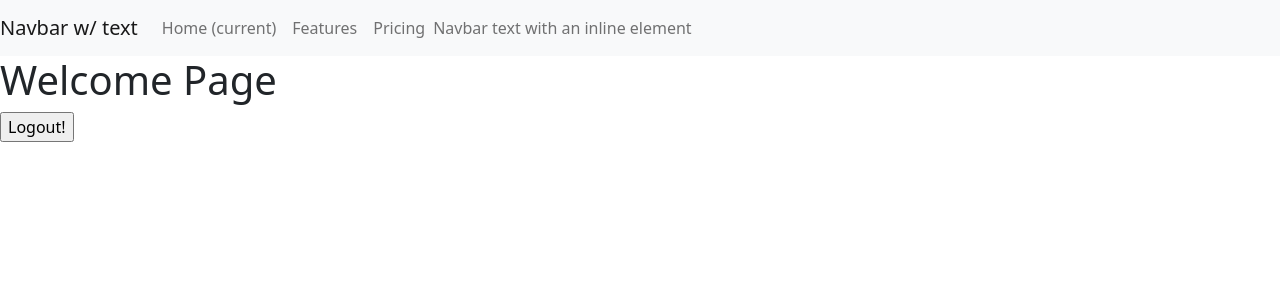
Repository: Norgalador/DuiHuaApp
Page: http://localhost/DuiHua/WEB-INF/homePage.jsp
An editor plug-in stored every save of this project. The page is shown before and after the next save, followed by the edit.
The browser window is 1280 px wide. The pictures show the whole page.
The page is served by Tomcat 9. Nobody is signed in. The template is opened directly, without the code that normally fills it, so the values that code supplies are empty.

Above is the page before, as saved 2022-08-15 04:11:01.

After the next save:
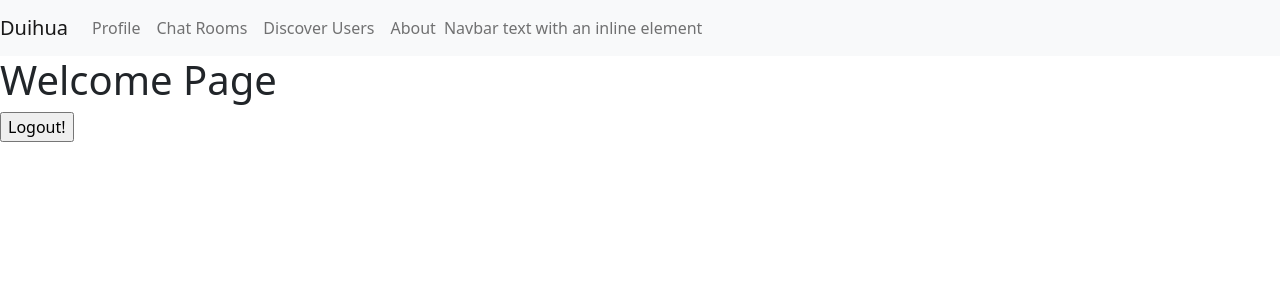
Saved 2 min 32 s later.
--- a/DuiHua/src/main/webapp/WEB-INF/homePage.jsp
+++ b/DuiHua/src/main/webapp/WEB-INF/homePage.jsp
@@ -11,20 +11,24 @@
 </head>
 <body>
     <nav class="navbar navbar-expand-lg navbar-light bg-light">
-  <a class="navbar-brand" href="#">Navbar w/ text</a>
+  <a class="navbar-brand" href="#">Duihua</a>
   <button class="navbar-toggler" type="button" data-toggle="collapse" data-target="#navbarText" aria-controls="navbarText" aria-expanded="false" aria-label="Toggle navigation">
     <span class="navbar-toggler-icon"></span>
   </button>
   <div class="collapse navbar-collapse" id="navbarText">
     <ul class="navbar-nav mr-auto">
       <li class="nav-item active">
-        <a class="nav-link" href="#">Home <span class="sr-only">(current)</span></a>
+        <a class="nav-link" href="#">Profile</a>
       </li>
       <li class="nav-item">
-        <a class="nav-link" href="#">Features</a>
+        <a class="nav-link" href="#">Chat Rooms</a>
       </li>
       <li class="nav-item">
-        <a class="nav-link" href="#">Pricing</a>
+        <a class="nav-link" href="#">Discover Users</a>
+      </li>
+      </li>
+      <li class="nav-item">
+        <a class="nav-link" href="#">About</a>
       </li>
     </ul>
     <span class="navbar-text">
